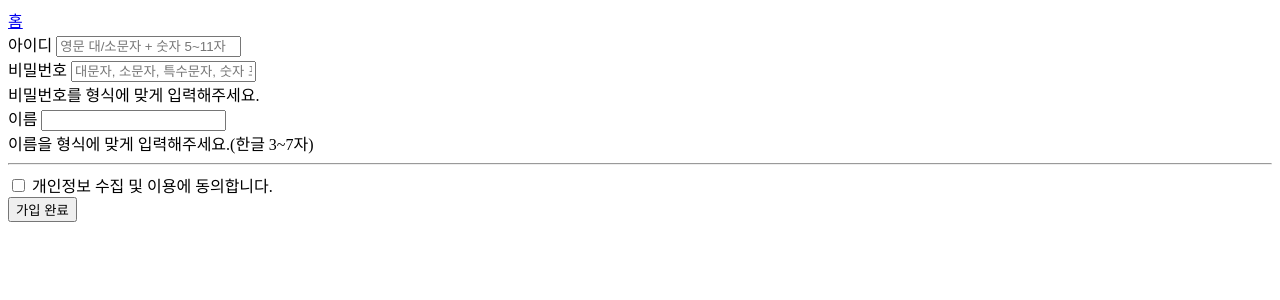
Repository: PacJ/spring_project
Page: http://localhost/spring_project/WEB-INF/views/admin/adminSignup.jsp
These files come from the project's save history. The page is drawn as it stood at one moment and after the next save; the edit follows.
The browser window is 1280 px wide. The pictures show the whole page.
The page is served by Tomcat 9. Nobody is signed in. Other server files are loaded and not shown. The template is opened directly, without the code that normally fills it, so the values that code supplies are empty.

Above is the page before, as saved 2023-03-03 02:49:07.

### spring_project/src/main/webapp/WEB-INF/views/admin/adminSignup.jsp
<%@ page language="java" contentType="text/html; charset=UTF-8"
    pageEncoding="UTF-8"%>



<a href="../home.do">홈</a>
 <div class="container">
     <div class="input-form-backgroud row">
      <div class="input-form col-md-12 mx-auto">
        <form class="validation-form" method="post" action="adminSignup.do" novalidate >

           <div class="row">
	         <div class="mb-3">
	            <label for="userId">아이디</label>
	            <input type="text" class="form-control" name="adminId"
	            		pattern="[a-zA-Z0-9]{5,11}"
	            		placeholder="영문 대/소문자 + 숫자 5~11자" required>
	            <div class="invalid-feedback">

	            </div>
	          </div>
<!-- 	            pattern="[a-zA-Z0-9]{8,15}"  -->

	          <div class="mb-3">
	            <label for="pass">비밀번호</label>
	            <input type="password"  class="form-control" name="adminPw"
	             pattern="^(?=.*[0-9])(?=.*[a-z])(?=.*[A-Z])(?=.*[!@#&()–[{}]:;',?/*~$^+=<>]).{8,15}$"
	             placeholder="대문자, 소문자, 특수문자, 숫자 포함 8~15자" required
	             >
	            <div class="invalid-feedback">
	              비밀번호를 형식에 맞게 입력해주세요.
	            </div>
	          </div>

	          <!--           <div class="mb-3">
	            <label for="passChk">비밀번호 재입력</label>
	            <input type="text"  class="form-control" name="member_passChk"
	            pattern="[a-zA-Z0-9]{8,15}" placeholder="영문,숫자 8~15자" required>
	           <div class="invalid-feedback">
	              비밀번호가 일치하지 않습니다.
	            </div>
	          </div>  -->

	           <div class="mb-3">
	              <label for="name">이름</label>
	              <input type="text" class="form-control" name="adminName" />
	              <div class="invalid-feedback">
	                이름을 형식에 맞게 입력해주세요.(한글 3~7자)
	              </div>
	            </div>


	          <hr class="mb-4">
	          <div class="custom-control custom-checkbox">
	            <input type="checkbox" class="custom-control-input" id="aggrement" required>
	            <label class="custom-control-label" for="aggrement">개인정보 수집 및 이용에 동의합니다.</label>
	          </div>
	          <div class="mb-4">
	          <input type="hidden" name="memberType" value="1" />
	           <button class="btn btn-dark btn-lg btn-block" type="submit">가입 완료</button>
          	 </div>
	        </div>

	      </form>
	      </div>
    </div>
</div>

  <script >
       const forms = document.getElementsByClassName('validation-form');

      Array.prototype.filter.call(forms, (form) => {
        form.addEventListener('submit', function (event) {
          if (form.checkValidity() === false) {
            event.preventDefault();
            event.stopPropagation();
          }

          form.classList.add('was-validated');
        }, false);
      });

  </script>

After the next save:
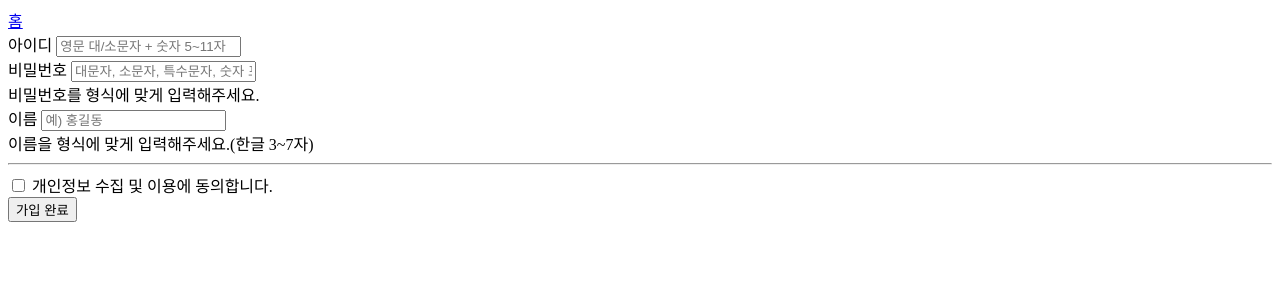
Saved 90 s later.
--- a/spring_project/src/main/webapp/WEB-INF/views/admin/adminSignup.jsp
+++ b/spring_project/src/main/webapp/WEB-INF/views/admin/adminSignup.jsp
@@ -43,7 +43,9 @@
 
 	           <div class="mb-3">
 	              <label for="name">이름</label>
-	              <input type="text" class="form-control" name="adminName" />
+	              <input type="text" class="form-control" name="adminName"
+	              pattern="[가-힣]|[a-zA-Z]{3,7}" placeholder="예) 홍길동 " required
+	               />
 	              <div class="invalid-feedback">
 	                이름을 형식에 맞게 입력해주세요.(한글 3~7자)
 	              </div>
